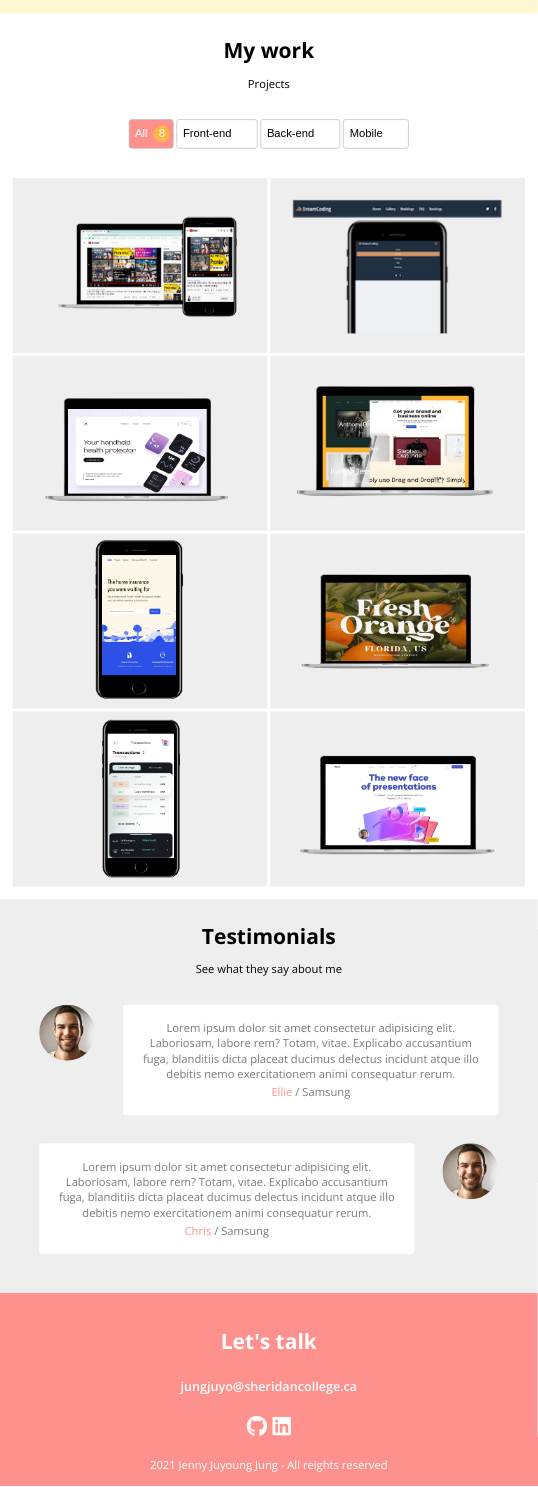
Repository: jennyjjung/portfolio.v0
Page: index.html
The author's editor kept a copy of each file at every save. The page is drawn from the files as they stood at one save, then again after the next save.
The browser window is 768 px wide. The pictures show the part of the page from y = 2665 to 4905 px (the page is 4789 px tall before and 4905 px after), at 70% of full size.
Some web libraries are served in a nearby version.

Above is the page before, as saved 2022-02-28 12:05:58.

After the next save:
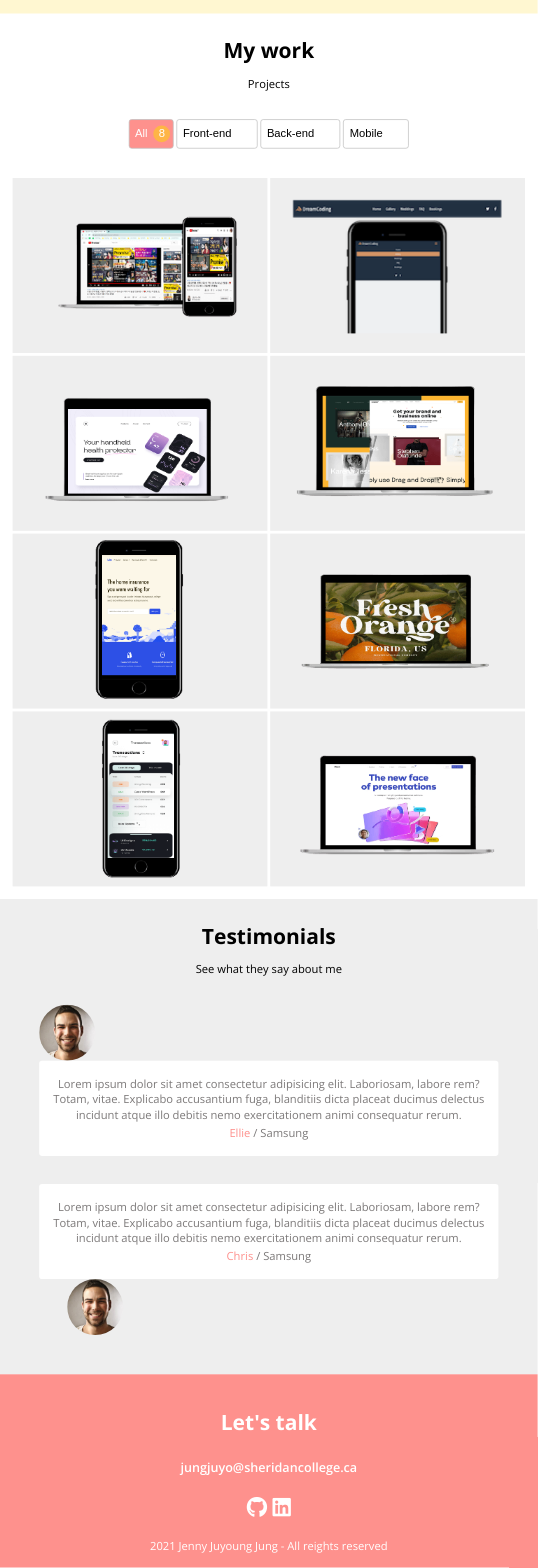
Saved 86 s later.
--- a/style.css
+++ b/style.css
@@ -570,6 +570,10 @@ p {
     flex-grow: 1;
   }
 
+  .testimonial {
+    flex-direction: column;
+  }
+
   .testimonial__avatar {
     width: 80px;
     height: 80px;
